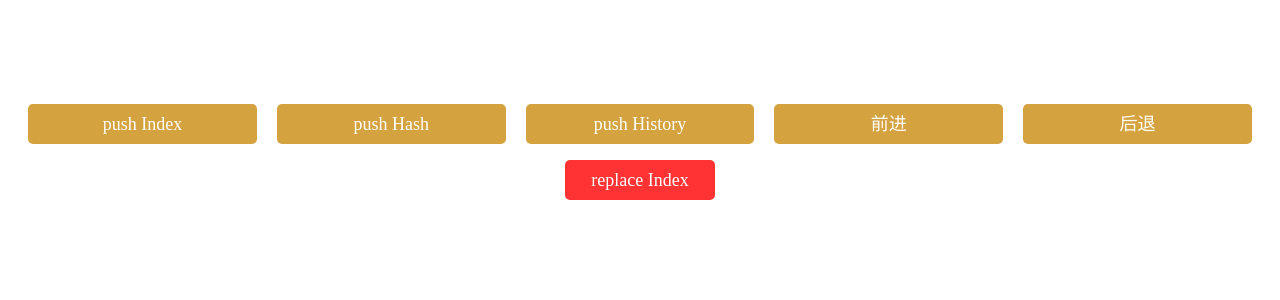
Repository: lihanruiwork/veryNB
Page: /
An editor plug-in stored every save of this project. The page is shown before and after the next save, followed by the edit.
The browser window is 1280 px wide. The pictures show the whole page.
The project was rebuilt for these pictures with package versions that can differ from the ones it lists, and the page was loaded fresh each time. Also part of the build but not shown: webpack.config.js.

Above is the page before, as saved 2019-03-04 09:14:47.

After the next save:
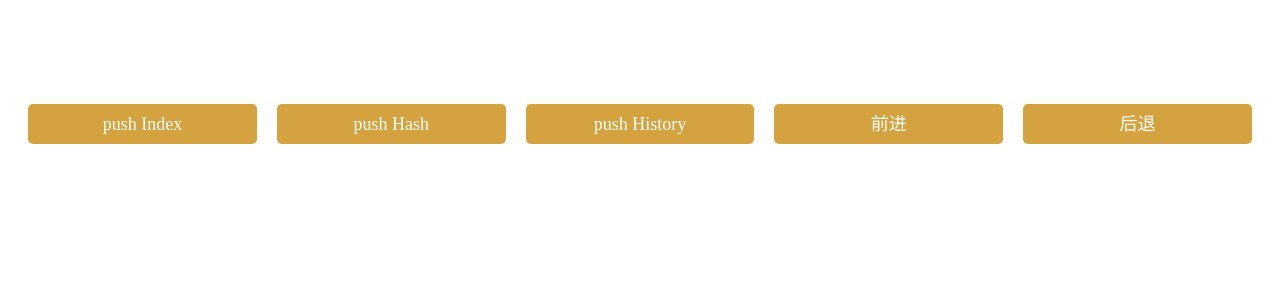
Saved 15 min 46 s later.
--- a/src/index.html
+++ b/src/index.html
@@ -56,6 +56,5 @@
       <li data-url="1">前进</li>
       <li data-url="-1">后退</li>
     </ul>
-    <span class="replace-btn">replace Index</span>
   </body>
 </html>
